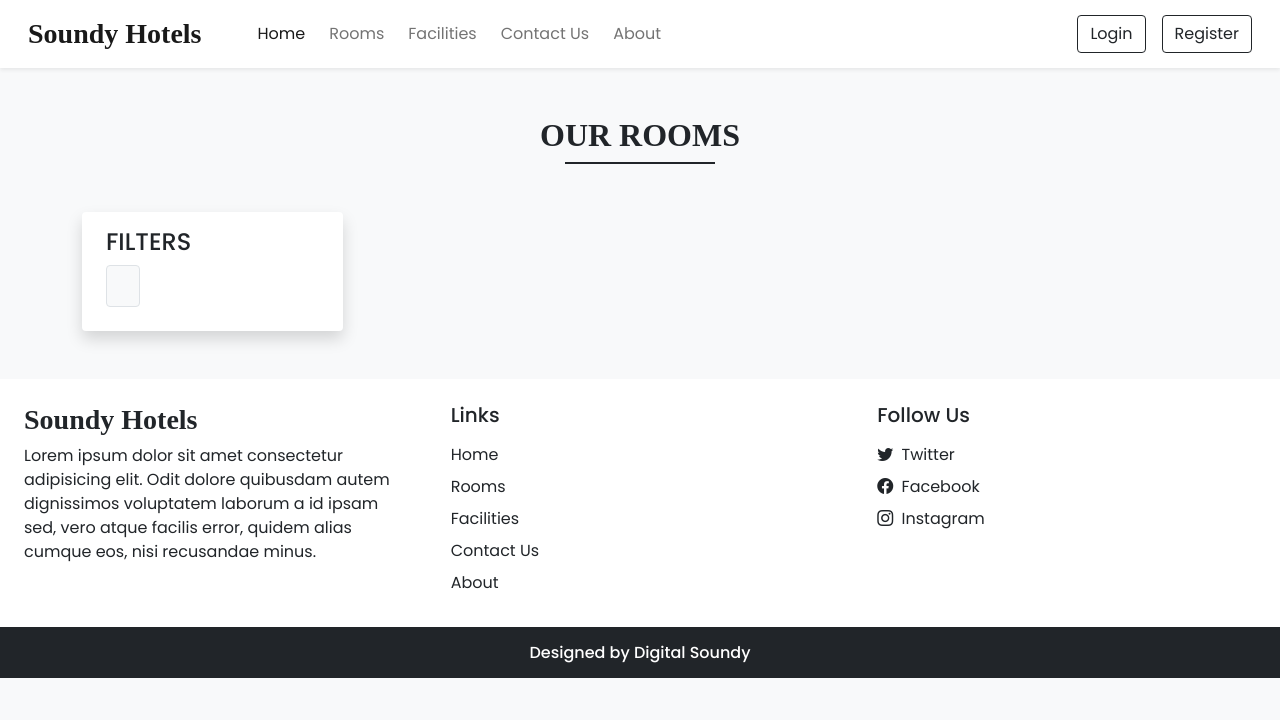
Repository: spencersoundy/Hotel-Booking-App
Page: http://localhost/rooms.php
These files come from the project's save history. The page is drawn as it stood at one moment and after the next save; the edit follows.
The browser window is 1280 px wide. The pictures show the whole page.
Some web fonts or font styles are not loaded; a fallback is used. The page is run by PHP 8.4 with error messages shown; the project is at /var/www/html/.

Above is the page before, as saved 2023-08-05 00:34:46.

After the next save:
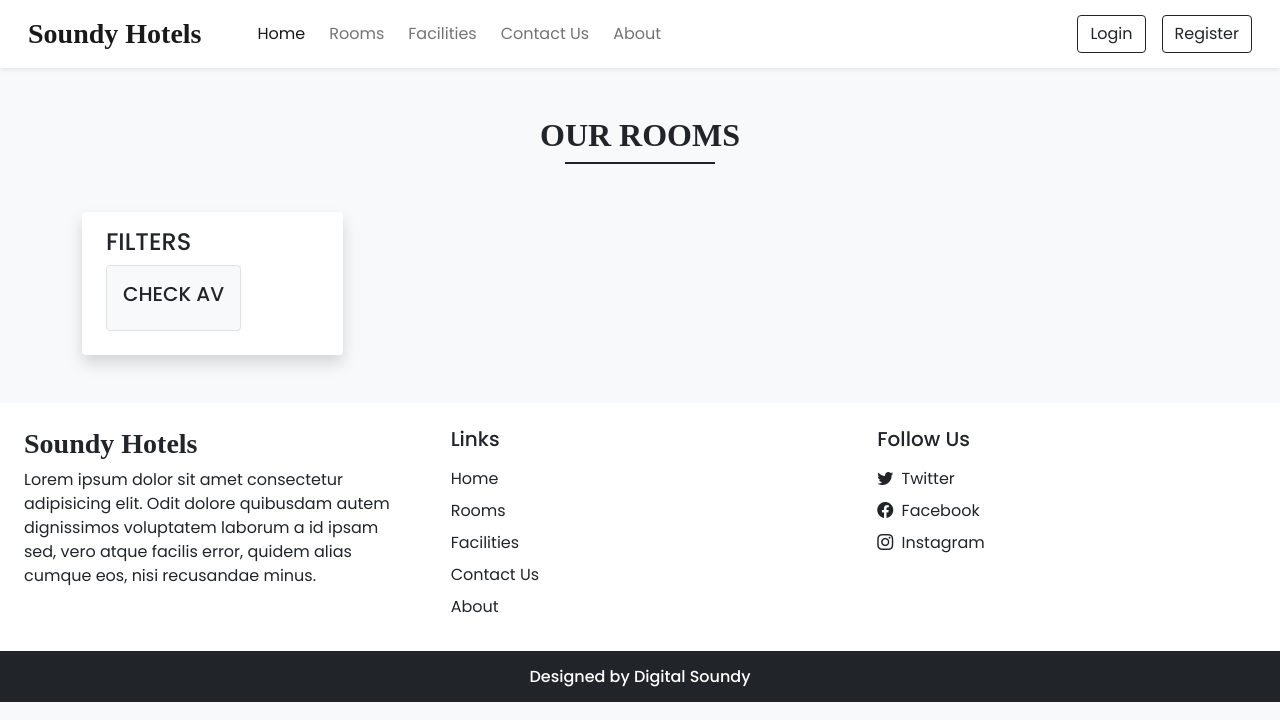
Saved 6 s later.
--- a/rooms.php
+++ b/rooms.php
@@ -28,7 +28,7 @@
                 </button>
                 <div class="collapse navbar-collapse" id="filterDropdown">
                     <div class="border bg-light p-3 rounded mb-3">
-                        <h5></h5>
+                        <h5>CHECK AV</h5>
                     </div>
                 </div>
             </div>
